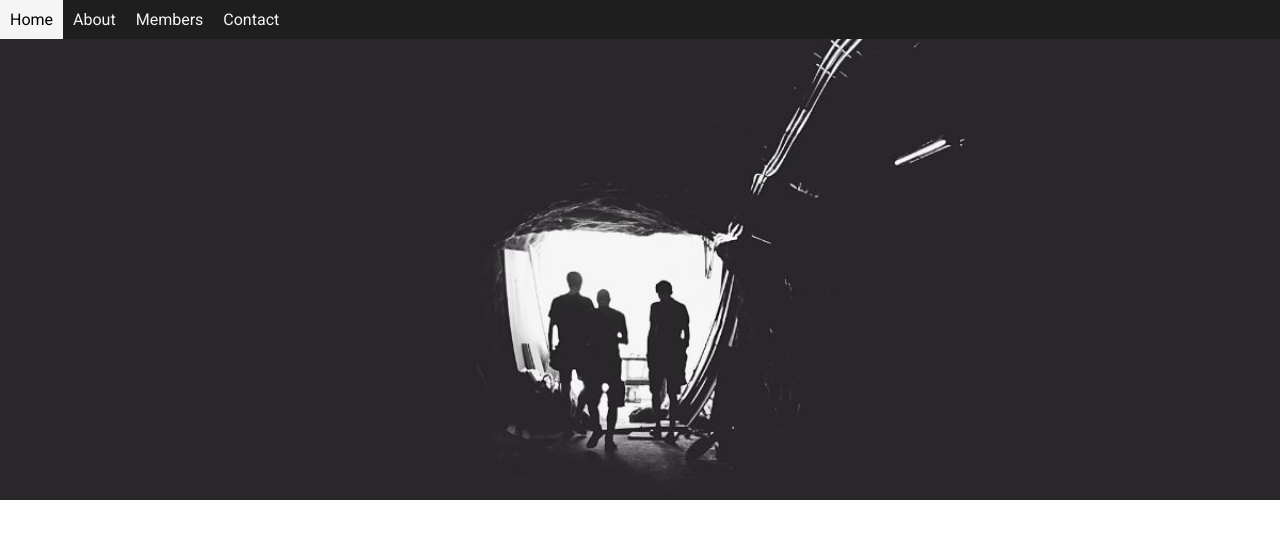
Repository: hieu-22/w3_band_UI
Page: index.html
An editor plug-in stored every save of this project. The page is shown before and after the next save, followed by the edit.
The browser window is 1280 px wide. The pictures show the whole page.

Above is the page before, as saved 2022-12-30 09:09:43.

After the next save:
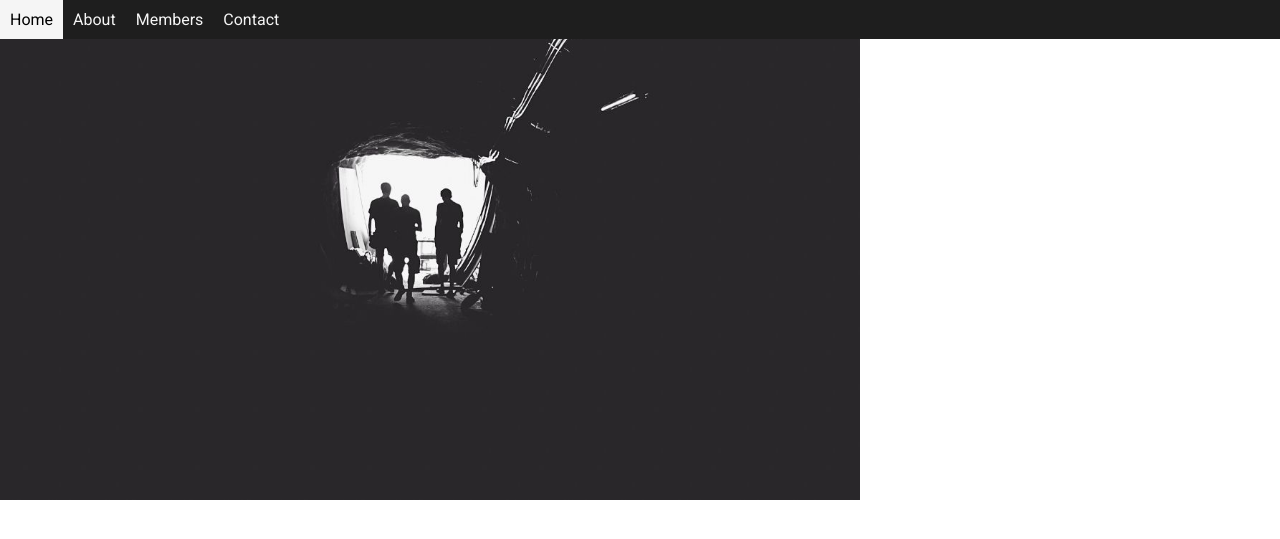
Saved 4 min 40 s later.
--- a/assets/css/style.css
+++ b/assets/css/style.css
@@ -8,6 +8,7 @@
 html {
     font-family: 'Roboto', sans-serif;
     font-size: 16px;
+    width: 860px;
 }
 
 .header {
